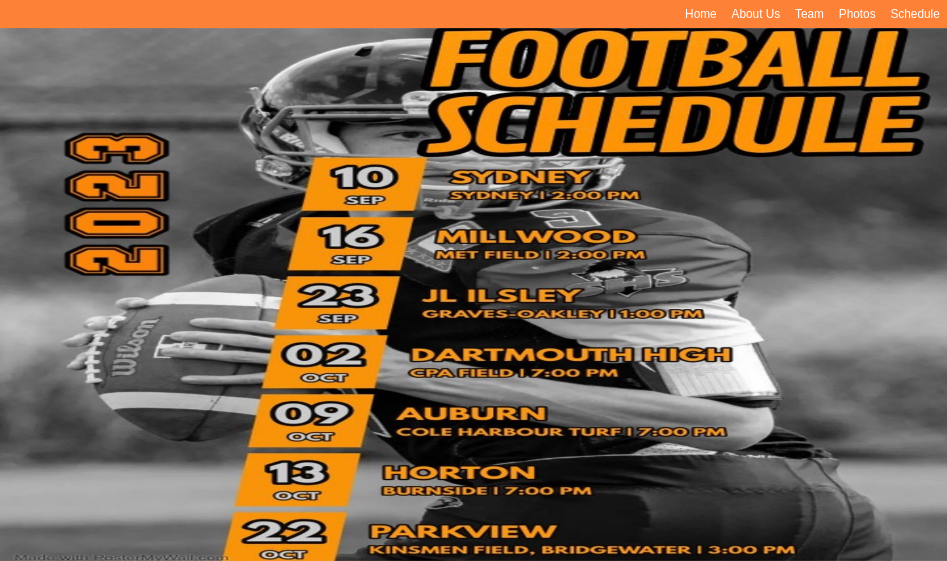
Repository: SHSFootballRepo/Website
Page: public/schedule.html
An editor plug-in stored every save of this project. The page is shown before and after the next save, followed by the edit.
The browser window is 1280 px wide. The pictures show the whole page, at 74% of full size.

Above is the page before, as saved 2023-08-19 19:03:42.

After the next save:
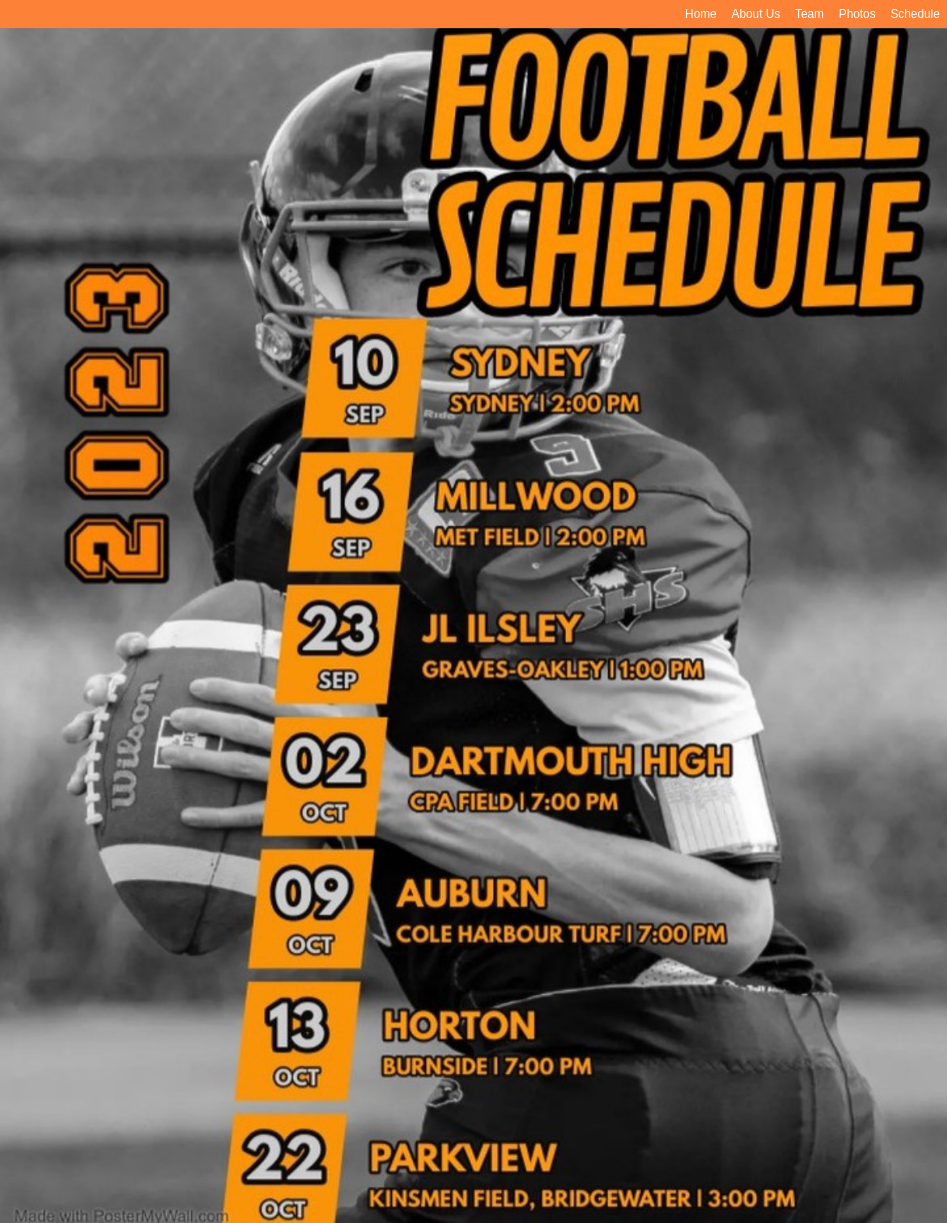
Saved 20 s later.
--- a/public/styles.css
+++ b/public/styles.css
@@ -115,7 +115,7 @@
 .schedule1 img {
     position: relative;
     width: 100%; /* Adjust this if needed */
-    height: 100vh; /* Adjust this if needed */
+    height: 100%; /* Adjust this if needed */
     display: flex;
     justify-content: center;
     align-items: center;
